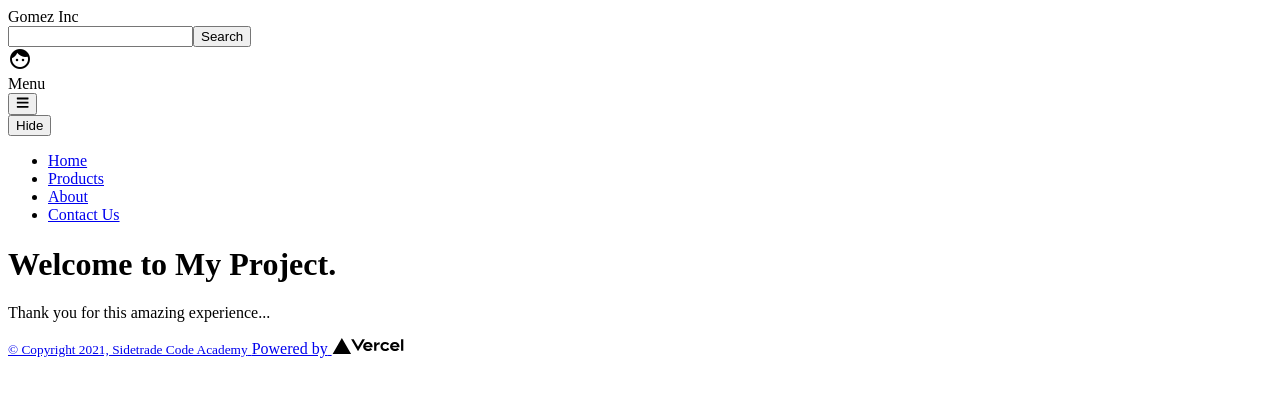
Repository: olajameze/code-academy-next-app
Page: /
These files come from the project's save history. The page is drawn as it stood at one moment and after the next save; the edit follows.
The browser window is 1280 px wide. The pictures show the whole page.
The page's requests for data from a server got no answer. The project was rebuilt for these pictures with package versions that can differ from the ones it lists, and the page was loaded fresh each time. The framework's server and built-in components were replaced by stand-ins that run in the browser. No one was signed in, and anything a server would have sent is missing. Also part of the build but not shown: next.config.js, components/product.tsx.

Above is the page before, as saved 2021-09-23 00:37:55.

### pages/_app.tsx
import "tailwindcss/tailwind.css";
import Head from "next/head";
import type { AppProps } from "next/app";
import React from "react";
import Layout from "../components/layout";


function MyApp({ Component, pageProps }: AppProps) {
  return (
    <>
      <Head>
        <title>Sidetrade Next Template</title>
        <meta name="description" content="Generated by create next app" />
        <link rel="icon" href="/favicon.ico" />
        <link
          href="https://fonts.googleapis.com/icon?family=Material+Icons"
          rel="stylesheet"
        />
      </Head>

      <Layout>

        <Component {...pageProps} />
      </Layout>
    </>
  );
}

export default MyApp;

### pages/index.tsx
import classNames from "classnames";
import Head from "next/head";
import Image from "next/image";
import Product from "../components/product";
import { useEffect, useState } from "react";
import { IProduct } from "../models/product";

export default function Home() {
  const [products, setProducts] = useState<IProduct[]>([]);
  useEffect(() => {
    const fetchProducts = async () => {
      const res = await (await fetch(`api/products`)).json();
      setProducts(res);
    };
    fetchProducts();
  }, []);
  return (
    <div className="min-h-screen flex flex-col justify-center items-center">
      <Head>
        <title>Sidetrade Next Template</title>
        <meta name="description" content="Generated by create next app" />
        <link rel="icon" href="/favicon.ico" />
        <link
          href="https://fonts.googleapis.com/icon?family=Material+Icons"
          rel="stylesheet"
        />
      </Head>

      <main className="py-20 flex flex-col flex-1 justify-center items-center bg-purple-300">
        <h1 className="m-0 leading-snug text-6xl text-center">
          Welcome to My Project.{" "}
          <a
            className="text-blue-600 no-underline hover:underline focus:underline"
            href="https://nextjs.org"
          >
          </a>
        </h1>

        <p className="leading-normal text-2xl text-center">
          Thank you for this amazing experience...

        </p>

        <div className="mt-10 flex flex-wrap flex-col sm:flex-row w-full justify-center items-center">
          {products.map((p, i) => (
            <Product key={p.id} {...p} />
          ))}
        </div>
      </main>

      <footer className="w-full h-24 flex justify-center items-center bg-purple-500 border-t border-solid border-gray-200 position-fixed-absolute bottom-0 sticky top-0 flex">
        <a
          className="flex flex-1 justify-center items-center"
          href="https://vercel.com?utm_source=create-next-app&utm_medium=default-template&utm_campaign=create-next-app"
          target="_blank"
          rel="noopener noreferrer"
        >
          <small>&copy; Copyright 2021, Sidetrade Code Academy</small>{" "}

          Powered by{" "}

          <span className="h-4 ml-2">
            <Image src="/vercel.svg" alt="Vercel Logo" width={72} height={16} />
          </span>
        </a>
      </footer>
    </div>
  );
}

### components/layout.tsx
import Header from "./header";
import Navbar from "./sidebar";
import footer from "./footer";
const Layout: React.FC = ({ children }) => {
  return (
    <div className="flex flex-col min-h-screen">
      <Header />
      <div className="flex">
        <Navbar />
        <div className="flex">
          <footer />
          <div className="items-center justify-center">
            {children}
          </div>
        </div>
      </div>
    </div>
  );
};

export default Layout;

### components/header.tsx
import React from "react";

const Header: React.FC = ({ children }) => {
  return (
    <header
      className="h-20 px-10 text-bold bg-purple-600 opacity-0.5 text-white w-full text-center sticky top-0 flex items-center justify-between"
    >
      <span>Gomez Inc</span>

      <form>
        <input className="text-gray-600 focus-within:text-gray-600 rounded-full border border-transparent focus:outline-none focus:ring-2 focus:ring-purple-600 focus:border-transparent ..." />

        <button className="rounded-full border-4 border-opacity-50 border-indigo-500 br-opacity-50 bg-blue-400 hover:bg-purple-700 focus:outline-none focus:ring-2 focus:ring-purple-600 focus:ring-opacity-50 ...">
          Search
        </button>
      </form>

      <div className="h-10 w-10 bg-white rounded-full flex items-center justify-center text-blue-600 ">
        <span className="material-icons items-center">face</span>
      </div>

    </header>

  );
};

export default Header;

### components/sidebar.tsx

import React from 'react';
import { useState } from 'react';
import * as FaIcons from "react-icons/fa"

// import {
//     Nav,
//     NavLink,
//     Bars,
//     NavMenu,
//     NavBtn,
//     NavBtnLink,
// } from './NavbarElements';

//the behavour on the lhs of the colon is the the active behavour. line 27
//the term on the right is the default standard behavour.

const Navbar = () => {

    const [sidebar, setSidebar] = useState(false);

    const showSidebar = () => setSidebar(!sidebar);
    return (
        <div className="">



            <div className={sidebar ? 'active transform translate-x-0' : 'transform -translate-x-0'}>
                <div className="flex  space-x=8">
                    <div className="bg-purple-400 w-40 max-h-screen flex flex-col">
                        <div className="transition transform hover:-translate-y-1 motion-reduce:transition-none flex cursor-pointer rounded-full py-3 px-6 border-double border-4 border-blue-500 border-opacity-45 bg-red-500-opacity-75 hover:bg-blue-700 focus:outline-none focus:ring-2">
                            <div>
                                Menu
                            </div>

                            <button>
                                <FaIcons.FaBars onClick={showSidebar} />
                            </button>
                        </div>


                        <div className="transition transform hover:-translate-y-1 motion-reduce:transition-none flex cursor-pointer rounded-full py-3 px-6 border-double border-4 border-blue-500 border-opacity-45 bg-red-500-opacity-75 hover:bg-blue-700 focus:out</div>line-none focus:ring-2">
                            <button onClick={() => setShow(false)}>Hide</button>
                        </div>

                        <div className="font-normal md:font-bold rounded-md bg-red-500-opacity-75 border-solid border-4 border-blue-500 border-opacity-25 hover:bg-purple-500 text-center truncate text-white no-underline hover:underline">
                            <ul>
                                <li><a href="#home">Home</a></li>
                                <li><a href="#products">Products</a></li>
                                <li><a href="#about">About</a></li>
                                <li><a href="#contact">Contact Us</a></li>
                            </ul>
                        </div>
                    </div>
                </div>
            </div>
        </div>

    );
};

export default Navbar;

function setShow(arg0: boolean): void {
    throw new Error('Function not implemented.');
}

After the next save:
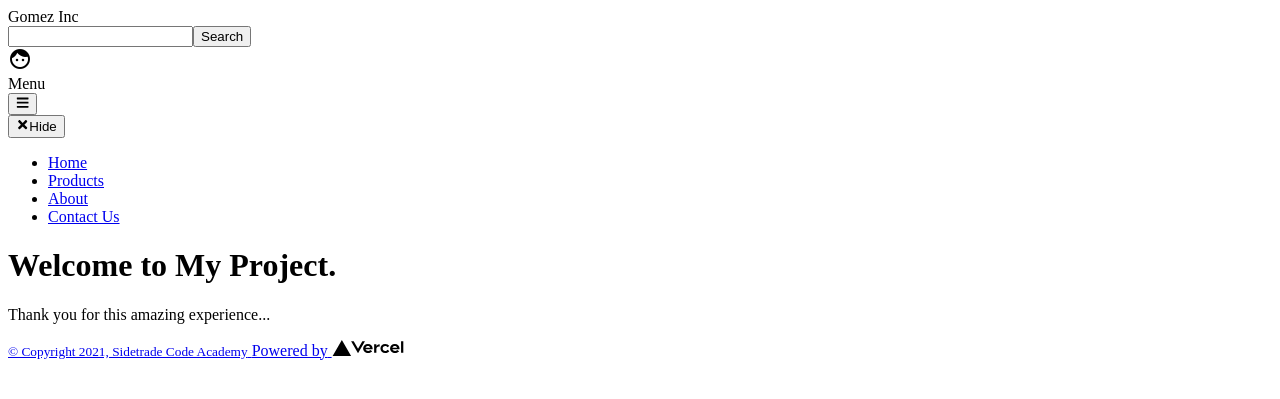
Saved 3 min 40 s later.
--- a/components/sidebar.tsx
+++ b/components/sidebar.tsx
@@ -40,7 +40,9 @@ const Navbar = () => {
 
 
                         <div className="transition transform hover:-translate-y-1 motion-reduce:transition-none flex cursor-pointer rounded-full py-3 px-6 border-double border-4 border-blue-500 border-opacity-45 bg-red-500-opacity-75 hover:bg-blue-700 focus:out</div>line-none focus:ring-2">
-                            <button onClick={() => setShow(false)}>Hide</button>
+                            <button>
+                                <FaIcons.FaTimes onClick={() => setShow(false)} />Hide
+                            </button>
                         </div>
 
                         <div className="font-normal md:font-bold rounded-md bg-red-500-opacity-75 border-solid border-4 border-blue-500 border-opacity-25 hover:bg-purple-500 text-center truncate text-white no-underline hover:underline">
